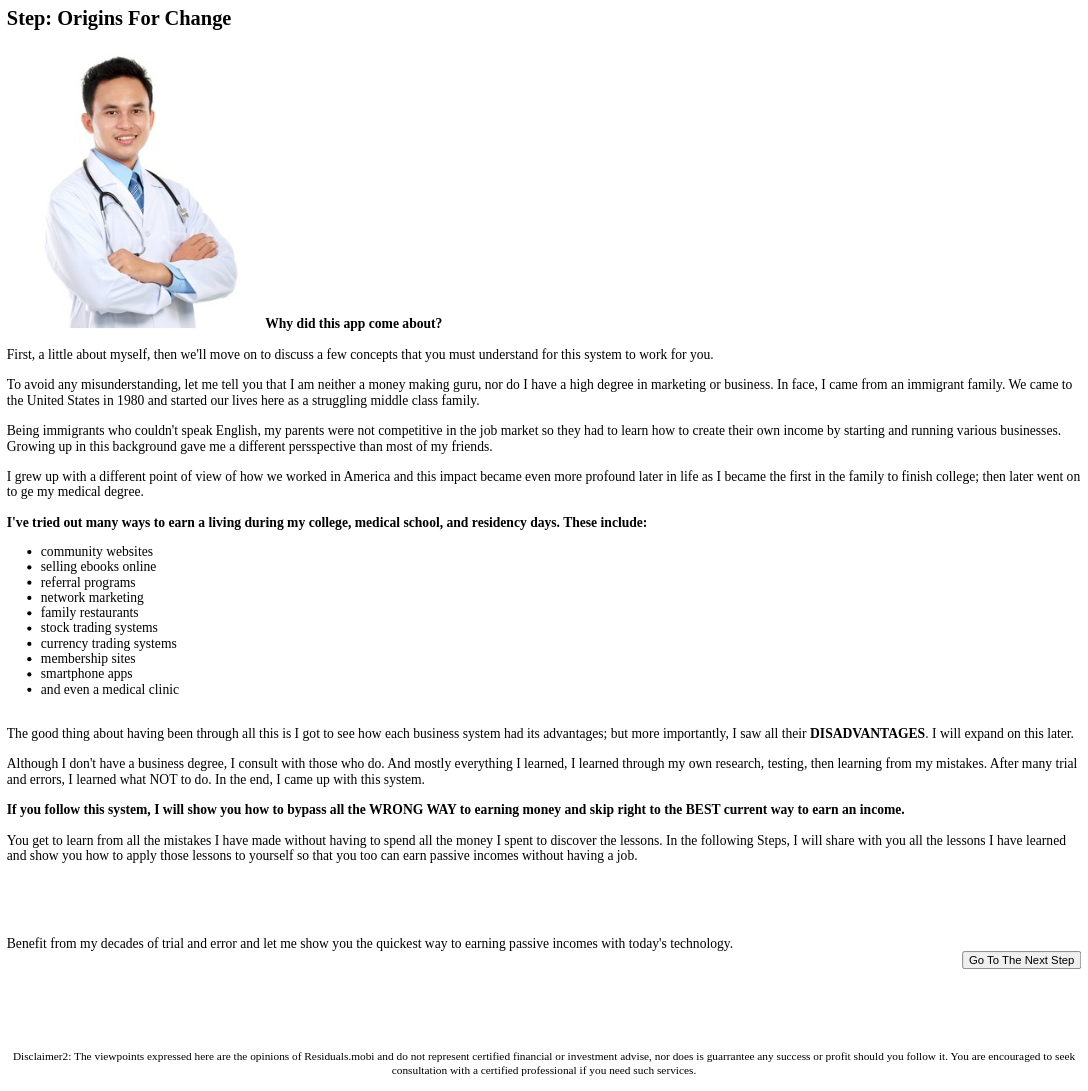
Repository: DevZubair/Danh-App
Page: www/templates/steps-origins.html
The author's editor kept a record of every edit. The page is drawn from the files as they stood at one moment, then again after the next edit.
The browser window is 1280 px wide. The pictures show the whole page, at 85% of full size.

Above is the page before.

### www/templates/steps-origins.html
<!--<ion-view view-title="Origins">
  <ion-content>-->

 <div class="padding">
    <div class="item item-divider item-balanced" >
      <h2 class="text-white">Step: Origins For Change</h2>
    </div>

    <div class="item item-text-wrap white-box">
      <div class="row">
        <div class="col">
          <img src="img/doctor.png" class="images-left-50"></img>
          <b>Why did this app come about?</b><br><br>  First, a little about myself, then we'll move on to discuss a few concepts that you must understand for this system to work for you.<br><br>

          To avoid any misunderstanding, let me tell you that I am neither a money making guru, nor do I have a high degree in marketing or business.  In face, I came from an immigrant family.  We came to the United States in 1980 and started our lives here as a struggling middle class family.<br><br>

          Being immigrants who couldn't speak English, my parents were not competitive in the job market so they had to learn how to create their own income by starting and running various businesses.  Growing up in this background gave me a different persspective than most of my friends.<br><br>

          I grew up with a different point of view of how we worked in America and this impact became even more profound later in life as I became the first in the family to finish college; then later went on to ge my medical degree.<br><br>


          <div class="div-rounded">

            <b>I've tried out many ways to earn a living during my college, medical school, and residency days.  These include:</b>
              <ul>
                <li>community websites</li>
                <li>selling ebooks online</li>
                <li>referral programs</li>
                <li>network marketing</li>
                <li>family restaurants</li>
                <li>stock trading systems</li>
                <li>currency trading systems</li>
                <li>membership sites</li>
                <li>smartphone apps</li>
                <li>and even a medical clinic</li>
              </ul>
          </div><br>

          The good thing about having been through all this is I got to see how each business system had its advantages; but more importantly, I saw all their <b>DISADVANTAGES</b>.  I will expand on this later.<br><br>

          Although I don't have a business degree, I consult with those who do.  And mostly everything I learned, I learned through my own research, testing, then learning from my mistakes.  After many trial and errors, I learned what NOT to do.  In the end, I came up with this system.<br><br>

          <b>If you follow this system, I will show you how to bypass all the WRONG WAY to earning money and skip right to the BEST current way to earn an income.</b><br><br>

          You get to learn from all the mistakes I have made without having to spend all the money I spent to discover the lessons.  In the following Steps, I will share with you all the lessons I have learned and show you how to apply those lessons to yourself so that you too can earn passive incomes without having a job.<br><br>

        </div>
      </div>


    </div>


    <div class="item item-divider item-balanced" >
     <h2 style="color:white">Lesson Learned:</h2>
    </div>

    <div class="item item-text-wrap">
       Benefit from my decades of trial and error and let me show you the quickest way to earning passive incomes with today's technology.
    </div>
  </div>

  <div class="padding" style="height:100px">
    <button class="button button-balanced" style="float:right" ng-click="unlockNextPage('stepsWhy')">Go To The Next Step</button>
  </div>

  <div class="padding">
    <p style="text-align:center"><small>Disclaimer2: The viewpoints expressed here are the opinions of Residuals.mobi and do not represent certified financial or investment advise, nor does is guarrantee any success or profit should you follow it.  You are encouraged to seek consultation with a certified professional if you need such services.</small></p>
  </div>

  <!--</ion-content>
</ion-view>-->

After the next edit:
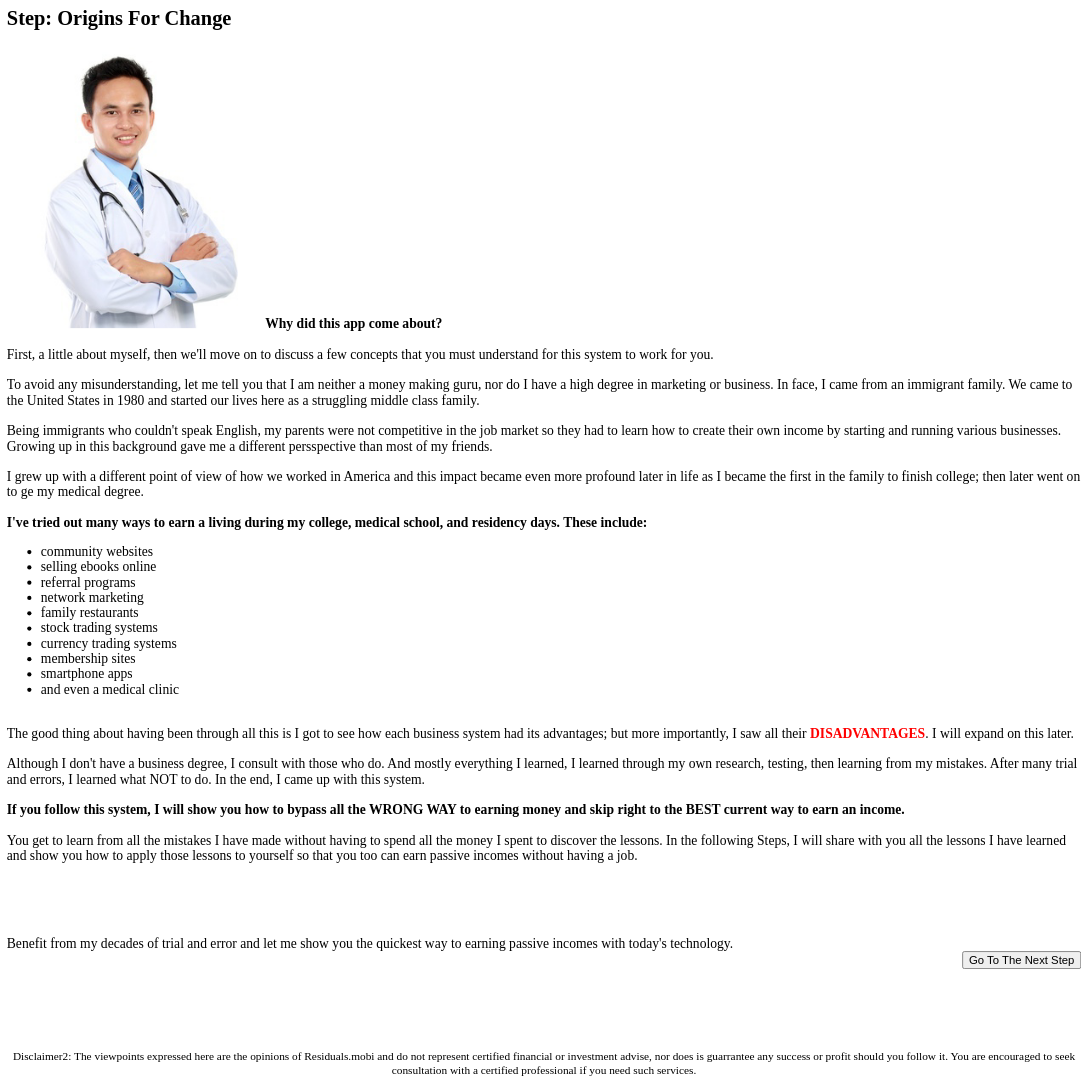
The edit:
--- a/www/templates/steps-origins.html
+++ b/www/templates/steps-origins.html
@@ -36,7 +36,7 @@
               </ul>
           </div><br>
 
-          The good thing about having been through all this is I got to see how each business system had its advantages; but more importantly, I saw all their <b>DISADVANTAGES</b>.  I will expand on this later.<br><br>
+          The good thing about having been through all this is I got to see how each business system had its advantages; but more importantly, I saw all their <span style="color:red"> <b>DISADVANTAGES</b></span>.  I will expand on this later.<br><br>
 
           Although I don't have a business degree, I consult with those who do.  And mostly everything I learned, I learned through my own research, testing, then learning from my mistakes.  After many trial and errors, I learned what NOT to do.  In the end, I came up with this system.<br><br>
 
